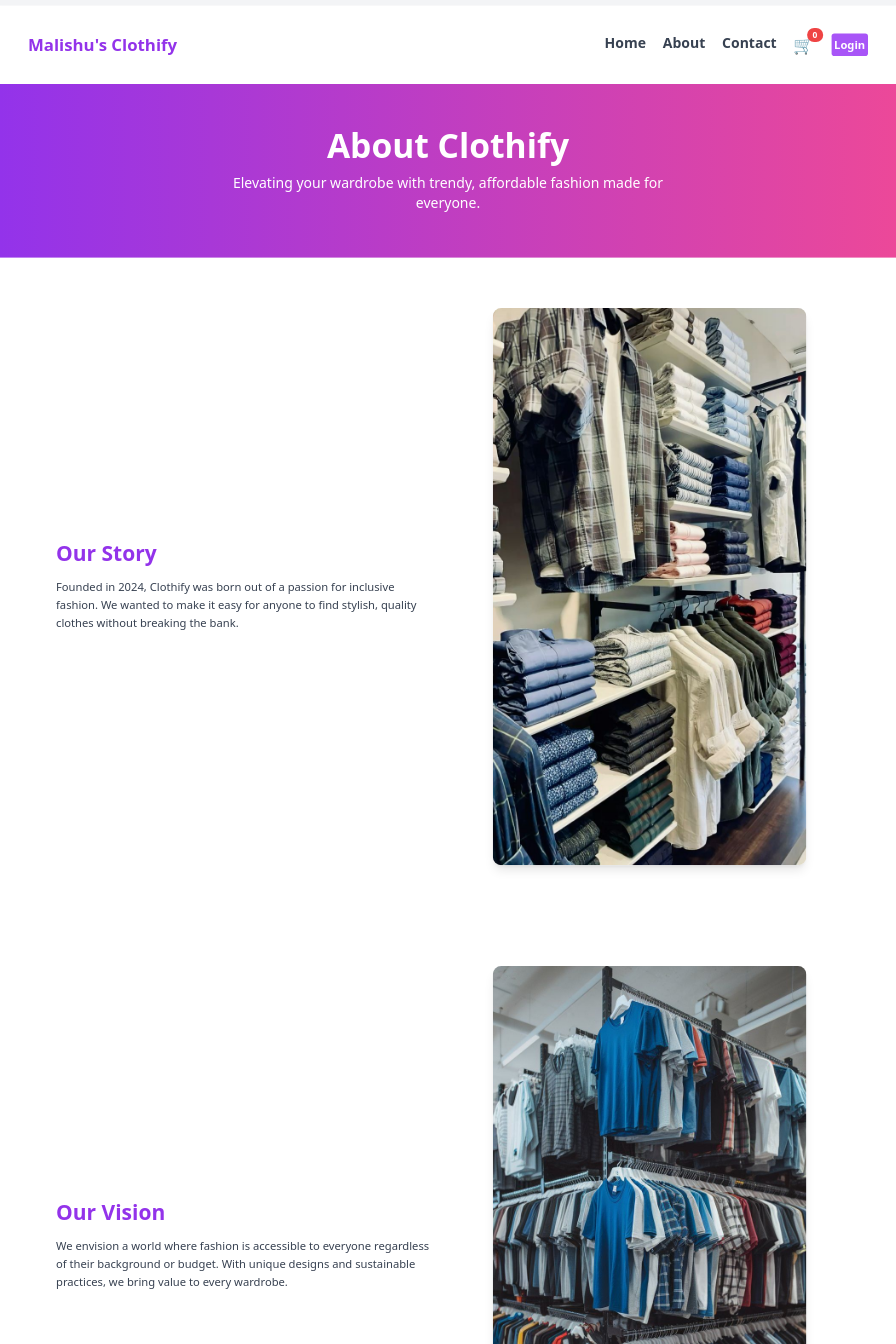
Repository: Engineer-collo/Modern-Ecommerce-Application
Page: /about
The author's editor kept a copy of each file at every save. The page is drawn from the files as they stood at one save, then again after the next save.
The browser window is 1280 px wide. The pictures show the part of the page from y = 0 to 1920 px (the page is 3783 px tall before and 3605 px after), at 70% of full size.
The project was rebuilt for these pictures with package versions that can differ from the ones it lists, and the page was loaded fresh each time. Also part of the build but not shown: vite.config.js, src/components/SignupForm.jsx, src/components/LoginForm.jsx, src/components/ProductCard.jsx, src/components/OfferCountdown.jsx, src/components/ProductFeed.jsx, src/components/Contact.jsx, src/components/Cart.jsx and 1 more.

Above is the page before, as saved 2025-05-26 09:48:04.

After the next save:
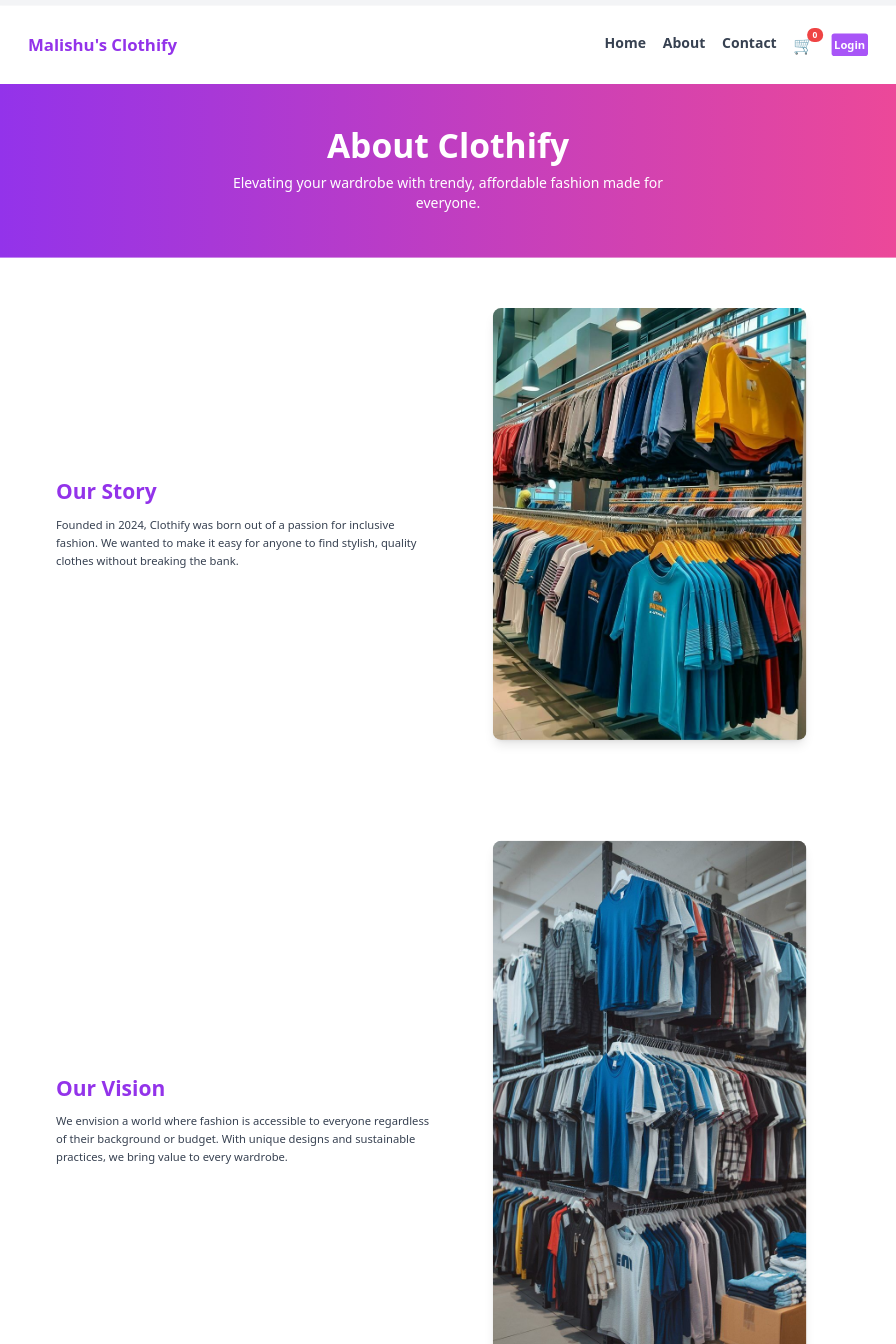
Saved 4 min 28 s later.
--- a/src/components/About.jsx
+++ b/src/components/About.jsx
@@ -22,7 +22,7 @@ const About = () => {
             </p>
           </div>
           <img
-            src="/cloathes.png"
+            src="/cloathes1.png"
             alt="Fashion 1"
             className="w-full max-w-md mx-auto my-6 rounded-xl shadow-lg object-cover"
           />
